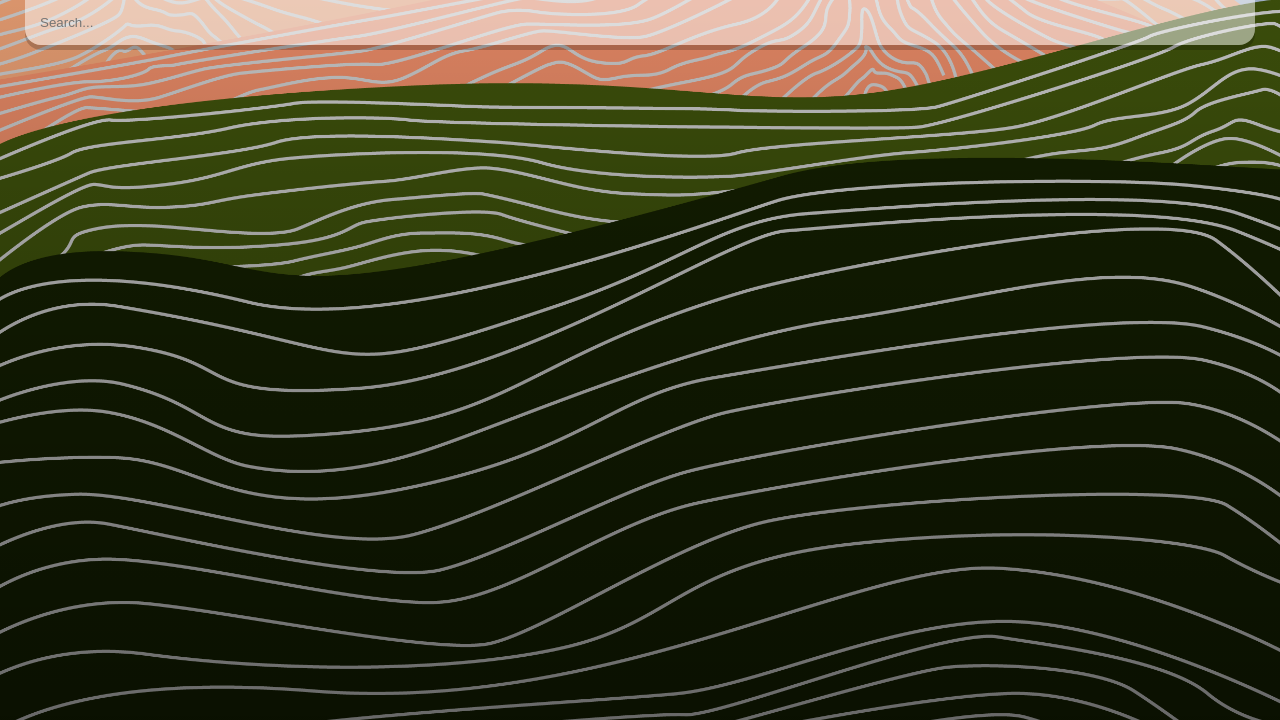
Repository: burntaftermint/weather
Page: /
An editor plug-in stored every save of this project. The page is shown before and after the next save, followed by the edit.
The browser window is 1280 px wide. The pictures show the whole page.
The project was rebuilt for these pictures with package versions that can differ from the ones it lists, and the page was loaded fresh each time.

Above is the page before, as saved 2023-11-02 04:39:18.

### src/index.css
* {
  margin: 0;
  padding: 0;
  box-sizing: border-box;
}

body {
  font-family: 'montseratt', sans-seriff;
}

.app {
  background-image: url('./assets/cold-bkg.png');
  background-size: cover;
  background-position: bottom;
  transition: 0.4 ease-out;
}

.app.warm {
  background-image: url('./assets/warm-bkg.png');
}

main {
  min-height: 100vh;
  background-image: linear-gradient(to bottom, rgba(0, 0, 0, 0.1), rgba(0, 0, 0, 0.5));
  padding: 25px;
}

.search-box {
  width: 100%;
  margin: 0 0 75px;
}

.search-box .search-bar {
  display: block;
  width: 100%;
  padding: 15px;

  appearance: none;
  background: none;
  border: none;
  outline: none;

  background-color: rgba(255, 255, 255, 0.5);
  border-radius: 0px 0px 16px 16px;
  margin-top: -25px;

  box-shadow: 0px 5px rgba(0, 0, 0, 0.2);
}

### src/App.js
import React from "react";
const api = {
  key: "aae71886c63e3353f55a2d87e4ab0d82",
  base: "https://api.openweathermap.org/data/2.5"
}
function App() {
  return (
    <div className="app">
      <main>
        <div className="search-box">
          <input
            type="text"
            className="search-bar"
            placeholder="Search..."
          />
        </div>
      </main>
    </div>
  );
}

export default App;

Loaded but not shown: public/index.html (common file); src/index.js (common file); src/reportWebVitals.js (common file)

After the next save:
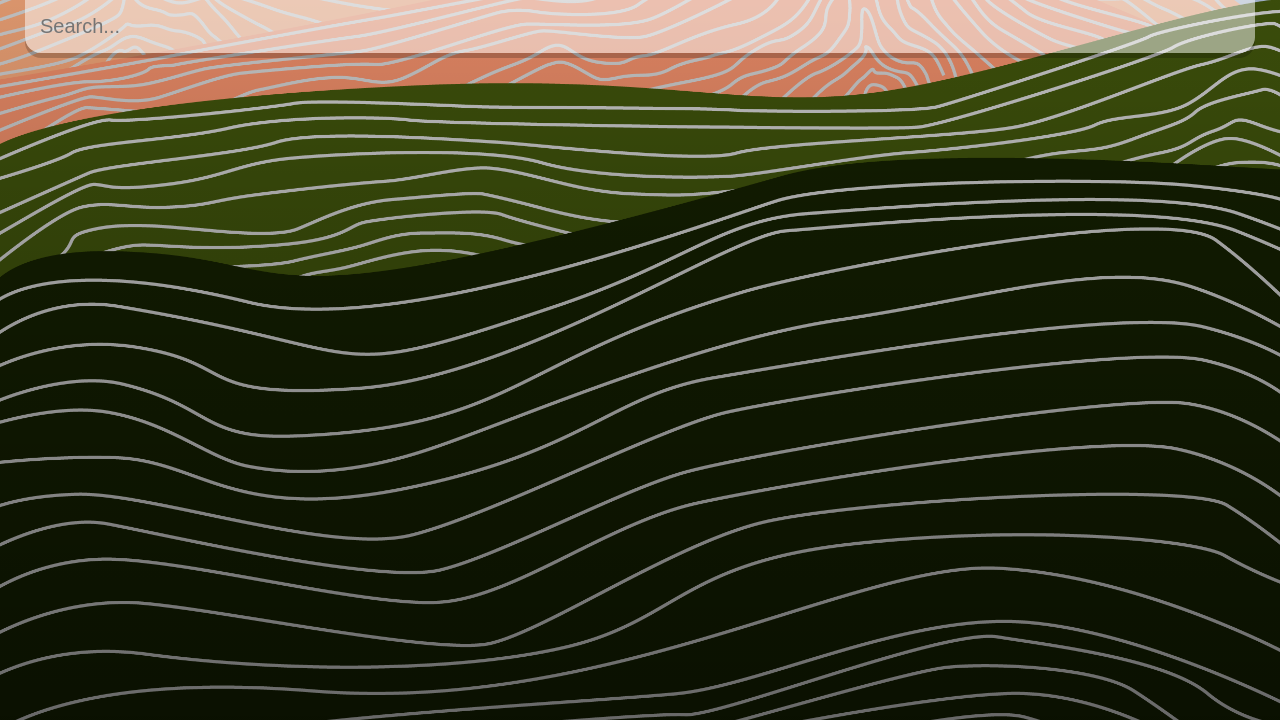
Saved 88 s later.
--- a/src/index.css
+++ b/src/index.css
@@ -45,4 +45,14 @@ main {
   margin-top: -25px;
 
   box-shadow: 0px 5px rgba(0, 0, 0, 0.2);
+
+  color: #313131;
+  font-size: 20px;
+
+  transition: 0.4s ease;
+
 }
+
+.search-box .search-bar:focus {
+  background-color: rgba(255, 255, 255, 0.75);
+}
